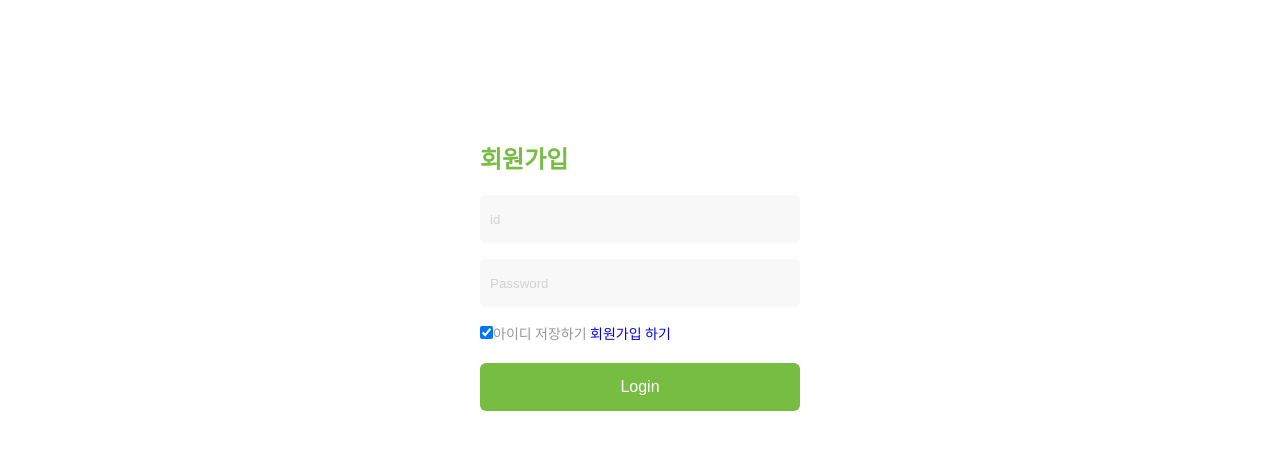
Repository: misosiruda/portfolio
Page: http://localhost/mallwithjsp/login/loginform.jsp
The author's editor kept a copy of each file at every save. The page is drawn from the files as they stood at one save, then again after the next save.
The browser window is 1280 px wide. The pictures show the whole page.
Some web libraries are served in a nearby version. The page is served by Tomcat 9.

Above is the page before, as saved 2024-03-25 06:46:59.

After the next save:
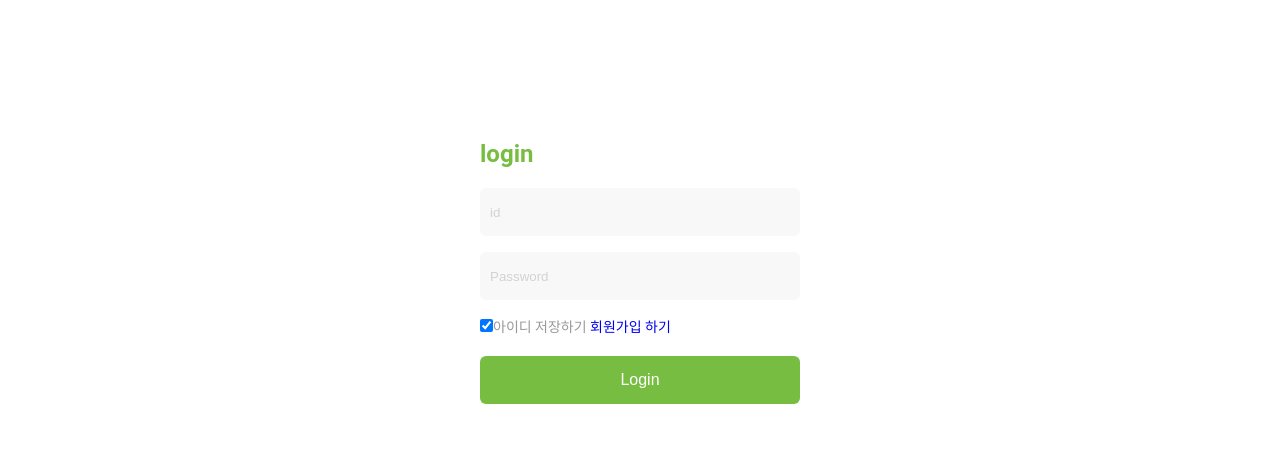
Saved 77 s later.
--- a/mallwithjsp/src/main/webapp/login/loginform.jsp
+++ b/mallwithjsp/src/main/webapp/login/loginform.jsp
@@ -87,7 +87,7 @@ a {
 
 <body>
 	<div class="login-wrapper">
-		<h2>회원가입</h2>
+		<h2>login</h2>
 		<form method="post"
 			action="http://localhost:8080/mallwithjsp/manager.do?command=login_check"
 			id="login-form" name="frm">
